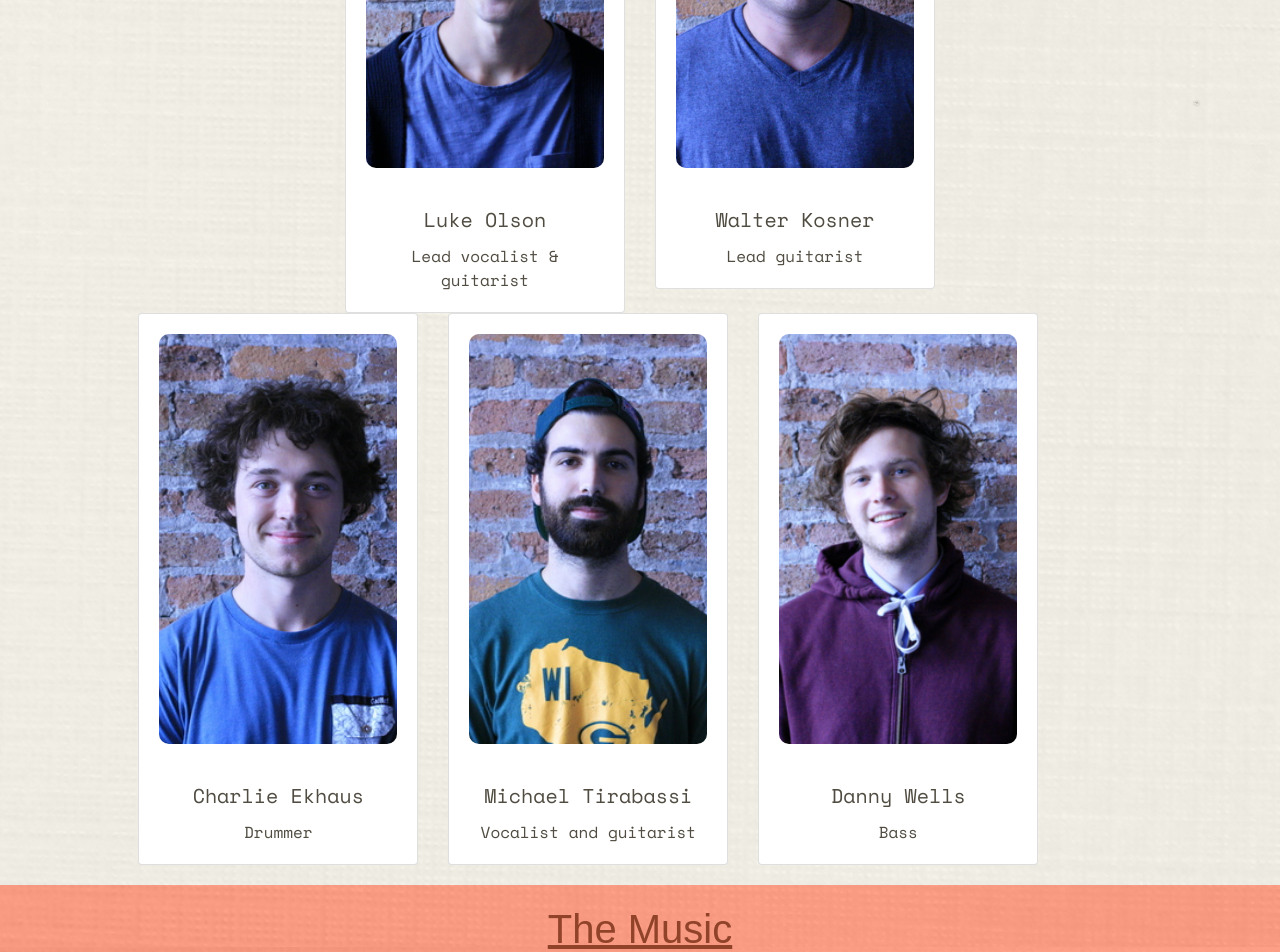
Repository: yucheng91/CIassignment1
Page: index.html
The author's editor kept a record of every edit. The page is drawn from the files as they stood at one moment, then again after the next edit.
The browser window is 1280 px wide. The pictures show the part of the page from y = 2053 to 3005 px (the page is 4234 px tall before and 4210 px after).
Pictures or frames that could not be fetched are drawn as grey boxes. Backgrounds fixed to the window are drawn as part of the page. Some web fonts or font styles are not loaded; a fallback is used.

Above is the page before.

### index.html
<!doctype html>
<html lang="en">

<head>
  <!-- Required meta tags -->
  <meta charset="utf-8">
  <meta name="viewport" content="width=device-width, initial-scale=1, shrink-to-fit=no">

  <!-- Bootstrap CSS -->
  <link rel="stylesheet" href="https://stackpath.bootstrapcdn.com/bootstrap/4.3.1/css/bootstrap.min.css" integrity="sha384-ggOyR0iXCbMQv3Xipma34MD+dH/1fQ784/j6cY/iJTQUOhcWr7x9JvoRxT2MZw1T" crossorigin="anonymous">
  <link rel="stylesheet" href="newstyle.css" type="text/css" />
  <link rel="stylesheet" href="https://maxcdn.bootstrapcdn.com/font-awesome/4.7.0/css/font-awesome.min.css" type="text/css" />
  <link href='https://fonts.googleapis.com/css?family=Allerta Stencil' rel='stylesheet'>
  <link href="https://fonts.googleapis.com/css?family=Space+Mono&display=swap" rel="stylesheet">
  <script src="https://code.jquery.com/jquery-3.4.1.js" integrity="sha256-WpOohJOqMqqyKL9FccASB9O0KwACQJpFTUBLTYOVvVU=" crossorigin="anonymous"></script>
  <title>The Walters</title>
</head>

<body>

  <header>
    <div class="container-fluid">
      <div class="row">
        <div class="col">
          <a name="Home" />
          <div class="vintage__container">
            <p class="vintage vintage__bot">THE WALTERS</p>
          </div>
        </div>
      </div>
      <div>
        <a href="https://www.facebook.com/TheWaltersband"><i class="fa fa-facebook-square fa-2x" aria-hidden="true"></i></a>
        <a href="https://twitter.com/TheWalters_"><i class="fa fa-twitter-square fa-2x" aria-hidden="true"></i></a>
        <a href="https://www.instagram.com/thewalters_/?hl=en"><i class="fa fa-instagram fa-2x" aria-hidden="true"></i></a>
        <a href="https://www.youtube.com/channel/UCm54E8Hlf_z1GIpVUChBTQA"><i class="fa fa-youtube-square fa-2x" aria-hidden="true"></i></a>
      </div>
    </div>
    </div>
    </br>
  </header>

  </section>
  <section id="thecarousel">
    <div id="carouselExampleControls" class="carousel slide" data-ride="carousel">
      <div class="carousel-inner">
        <div class="carousel-item active">
          <img class="d-block w-100" src="images/c1.jpg" alt="The Walters Group Photo 1">
        </div>
        <div class="carousel-item">
          <img class="d-block w-100" src="images/c2.jpg" alt="The Walters Group Photo 2">
        </div>
        <div class="carousel-item">
          <img class="d-block w-100" src="images/c3.jpg" alt="The Walters Group Photo 3">
        </div>
      </div>
      <a class="carousel-control-prev" href="#carouselExampleControls" role="button" data-slide="prev">
    <span class="carousel-control-prev-icon" aria-hidden="true"></span>
    <span class="sr-only">Previous</span>
  </a>
      <a class="carousel-control-next" href="#carouselExampleControls" role="button" data-slide="next">
    <span class="carousel-control-next-icon" aria-hidden="true"></span>
    <span class="sr-only">Next</span>
  </a>
    </div>
  </section>

  <section id="upcomingshow">
    <div>
      <h1>Upcoming Shows 2019</h1>
      <div class="text-content">
        <div class="container-fluid">
          <div class="row">
            <div class="col-12 col-md-3">
              <p>26-27 JUL</p>
            </div>
            <div class="col-12 col-md-6">
              <p>Hard Rock Hotel, Resort World Sentosa</p>
            </div>
            <div class="col-12 col-md-3 text-center">
              <a href="https://www.eventbrite.sg"><button type="button" class="btn btn-dark">RSVP</button></p></a>
            </div>
          </div>

          <div class="row">
            <div class="col-12 col-md-3">
              <p>30-31 AUG</p>
            </div>
            <div class="col-12 col-md-6">
              <p>Hard Rock Cafe, Orchard Singapore</p>
            </div>
            <div class="col-12 col-md-3 text-center">
              <a href="https://www.eventbrite.sg"><button type="button" class="btn btn-dark">RSVP</button></p></a>
            </div>
          </div>
          <div class="row">
            <div class="col-12 col-md-3">
              <p>27-28 SEP</p>
            </div>
            <div class="col-12 col-md-6">
              <p>Hard Rock Hotel, Resort World Sentosa</p>
            </div>
            <div class="col-12 col-md-3 text-center">
              <a href="https://www.eventbrite.sg"><button type="button" class="btn btn-dark">RSVP</button></p></a>
            </div>
          </div>
          <div class="row">
            <div class="col-12 col-md-3">
              <p>26-27 OCT</p>
            </div>
            <div class="col-12 col-md-6">
              <p>Hard Rock Cafe, Orchard Singapore</p>
            </div>
            <div class="col-12 col-md-3 text-center">
              <a href="https://www.eventbrite.sg"><button type="button" class="btn btn-dark">RSVP</button></p></a>
            </div>
          </div>
        </div>
      </div>
  </section>

  <section id="themembers">
    <div class="members">
      <a name="TheWalters" />
      <img src="images/groupphoto.jpeg" alt="The Walters">
      <h1>The Walters</h1>
      <div class="text-content">
        <p>The Walters were an unsigned five-piece indie rock band from Chicago, Illinois. As of 2017 they had released two albums and three singles and were touring the United States on their first national tour.</p>
        <p>The band formed in Chicago Illinois in 2014 after the band's guitarist and namesake Walter Kosner moved from Connecticut to Chicago in an attempt to attend DePaul University. After dropping out of the school, Kosner recruited the rest of the band
          members who eventually would form The Walters. That same year the band released their first recorded effort, Songs for Dads. The release saw the band charting on Spotify's United States Viral Top 50. This caught the attention of Mario Cuomo,singer
          of The Orwells, who brought the band's music to Canvasback Records. As part of the label's ongoing monthly singles series, Canvasclub, The Walters released two songs, entitled "Hunk Beach" and "I Want to Be Good".Their song "I Love You So" has
          earned over 11,000,000 views on YouTube since 2014. In a 2015 interview with Ben Niesdopziany from These Days[8] the band stated that the names of their EPs and singles are not always reflective of the music's content and were instead chosen
          for their humor or because the band liked the name. During 2015 the band also recorded their second full-length effort, Young Men, which was also an independently recorded and distributed release.</p>
        <div class="container-fluid">
          <div class="row">
            <div class="col-3"></div>
            <div class="col-12 col-md-3 card-padding">
              <div class="card">
                <img class="card-img-top" src="images/lukeolson.png" alt="Luke Olson Photo">
                <div class="card-body">
                  <h5 class="card-title">Luke Olson</h5>
                  <p class="card-text">Lead vocalist & guitarist</p>
                </div>
              </div>
            </div>
            <div class="col-12 col-md-3 card-padding">
              <div class="card">
                <img class="card-img-top" src="images/walterkosner.png" alt="Walter Kosner Photo">
                <div class="card-body">
                  <h5 class="card-title">Walter Kosner</h5>
                  <p class="card-text">Lead guitarist</p>
                </div>
              </div>
            </div>
            <div class="col-3"></div>
          </div>
          <div class="row">
            <div class="col-1"></div>
            <div class="col-12 col-md-3 card-padding">
              <div class="card">
                <img class="card-img-top" src="images/charlieekhaus.jpeg" alt="Charlie Ekhaus Photo">
                <div class="card-body">
                  <h5 class="card-title">Charlie Ekhaus</h5>
                  <p class="card-text">Drummer</p>
                </div>
              </div>
            </div>
            <div class="col-12 col-md-3 card-padding">
              <div class="card">
                <img class="card-img-top" src="images/mjtirabassi.jpeg" alt="Michael Tirabassi Photo">
                <div class="card-body">
                  <h5 class="card-title">Michael Tirabassi</h5>
                  <p class="card-text">Vocalist and guitarist</p>
                </div>
              </div>
            </div>
            <div class="col-12 col-md-3 card-padding">
              <div class="card">
                <img class="card-img-top" src="images/dannywells.png" alt="Danny Wells photo">
                <div class="card-body">
                  <h5 class="card-title">Danny Wells</h5>
                  <p class="card-text">Bass</p>
                </div>
              </div>
            </div>
            <div class="col-1"></div>
          </div>
        </div>
      </div>
    </div>
  </section>


  <section id="themusic">
    <div class="music">
      <a name="Music" />
      <h1>The Music</h1>
      <div class="container-fluid">
        <div class="row">
          <div class="col-2"></div>
          <div class="col-12 col-md-4">
            <iframe src="https://open.spotify.com/embed/album/3MFTbUnA8C9T6KCBb0gpH5" style="border: 0; width: 100%; height: 380px;" allowfullscreen allow="autoplay; encrypted-media"></iframe>
          </div>
          <div class="col-12 col-md-4">
            <iframe src="https://open.spotify.com/embed/album/5ADia0t4o7pA8dyi8jRA4E" style="border: 0; width: 100%; height: 380px;" allowfullscreen allow="autoplay; encrypted-media"></iframe>
          </div>
          <div class="col-2"></div>
        </div>
  </section>

  <section id="thevideo">
    <div class="video">
      <a name="Video" />
      <h1>The Video</h1>
      <div class="embed-responsive embed-responsive-16by9">
        <iframe class="embed-responsive-item" src="https://www.youtube.com/embed/5zfrnme2nJ4" allowfullscreen></iframe>
      </div>
    </div>
  </section>

  <footer>
    <ul class="nav justify-content-start">
      <li class="nav-item">
        <a class="nav-link active" href="#Home">Home</a>
      </li>
      <li class="nav-item">
        <a class="nav-link" href="#TheWalters">The Walters</a>
      </li>
      <li class="nav-item">
        <a class="nav-link" href="#Music">The Music</a>
      </li>
      <li class="nav-item">
        <a class="nav-link" href="#Video">The Video</a>
      </li>
    </ul>
    <!--<div class="navbar">-->
    <!--  <ul class="nav justify-content-start">-->
    <!--    <li class="nav-item">-->
    <!--      <a class="nav-link active" href="#Home">HOME</a>-->
    <!--    </li>-->
    <!--    <li class="nav-item">-->
    <!--      <a class="nav-link" href="#TheWalters">THE WALTERS</a>-->
    <!--    </li>-->
    <!--    <li class="nav-item">-->
    <!--      <a class="nav-link" href="#Music">MUSIC</a>-->
    <!--    </li>-->
    <!--    <li class="nav-item">-->
    <!--      <a class="nav-link" href="#Video">VIDEO</a>-->
    <!--    </li>-->
    <!--  </ul>-->
    <!--</div>-->
  </footer>

  <!-- Optional JavaScript -->
  <!-- jQuery first, then Popper.js, then Bootstrap JS -->
  <script type="text/javascript" src="jquery.js"></script>
  <script src="https://cdnjs.cloudflare.com/ajax/libs/popper.js/1.14.7/umd/popper.min.js" integrity="sha384-UO2eT0CpHqdSJQ6hJty5KVphtPhzWj9WO1clHTMGa3JDZwrnQq4sF86dIHNDz0W1" crossorigin="anonymous"></script>
  <script src="https://stackpath.bootstrapcdn.com/bootstrap/4.3.1/js/bootstrap.min.js" integrity="sha384-JjSmVgyd0p3pXB1rRibZUAYoIIy6OrQ6VrjIEaFf/nJGzIxFDsf4x0xIM+B07jRM" crossorigin="anonymous"></script>
</body>

</html>

### newstyle.css
/*vintage container for the walters header*/

.vintage__container {
  display: inline-block;
  margin: 25px auto 40px;
}

.vintage {
  font-family: 'Six Caps', sans-serif;
  font-size: 50px;
  letter-spacing: 10px;
  line-height: 1;
  margin: 0;
  position: relative;
}

.vintage__top {
    color:rgb(255, 228, 193);
    position: absolute;
}

.vintage__bot {
  text-shadow:
    0px 0px rgb(255, 228, 193),
    1px 1px rgb(255, 228, 193),
    2px 2px rgb(100, 20, 15),
    3px 3px rgb(105, 25, 20),
    4px 4px rgb(110, 30, 25),
    5px 5px rgb(115, 30, 30),
    6px 6px rgb(120, 30, 35),
    7px 7px black,
    8px 8px black,
    9px 9px black,
    10px 10px black,
    11px 11px rgba(0, 0, 0, 0.9),
    12px 12px rgba(0, 0, 0, 0.7),
    13px 13px rgba(0, 0, 0, 0.5),
    14px 14px rgba(0, 0, 0, 0.1);

}

/*Style for entire website*/

body {
    text-align:center;
    background:url("images/background2.jpg");
    background-attachment:fixed;
}

header {
    background-color:#f1ede2B3;
    color:rgb(80,76,65);
}

i {
    color:rgb(162,155,126);
}

/*img is only for carousel*/
img {
    height: 500px;
    width: 100%;
    object-fit: cover;
}

#upcomingshow{
    background-color:#8adad7B3;
    color:rgb(54,138,138);
}

.text-content {
    font-family: 'Space Mono', monospace;
}

#themembers{
    background-color:#f1ede2B3;
    color:rgb(80,76,65);
    padding:20px;
}

#themembers img{
    border-radius: 30px;
    height:450px;
    padding:20px;
}

#themusic{
    background-color:#ff7858B3;
    color:rgb(144,67,41);
    padding:20px;
}

#thevideo{
    background-color:#f1ede2B3;
    color:rgb(80,76,65);
    padding:20px;
    /*different padding for bottom*/
    padding-bottom:40px;
}

h1 {
    font-family: 'Allerta Stencil',sans-serif;
    text-decoration:underline;
}

footer {
    position: fixed;
    bottom: 0;
    width: 100%;
    padding:0;
    background-color:#f5cd6bF2;
}

footer a {
    color:rgb(158,110,2);
}

/*Font change to address the size change*/
@media (max-width: 767px) {
    body {
        font-size: 15px;
    }

    h1 {
        font-size: 27px;
    }

    h2 {
        font-size: 20px;
    }

    p {
        font-size: 15px;
    }

    navbar {
        font-size: 15px;
    }

}

@media (max-width:375px) {
    #thevideo {
        padding-bottom:76px;
    }
}

### jquery.js
/* global $ */

$("#thecarousel").hide();
$("#upcomingshow").hide();
$("#themembers").hide();
$("#themusic").hide();
$("#thevideo").hide();

$(function(){
    $("#thecarousel").fadeIn(2000);
    $("#upcomingshow").fadeIn(2500);
    $("#themembers").fadeIn(3000);
    $("#themusic").fadeIn(3500);
    $("#thevideo").fadeIn(4000);
})

After the next edit:
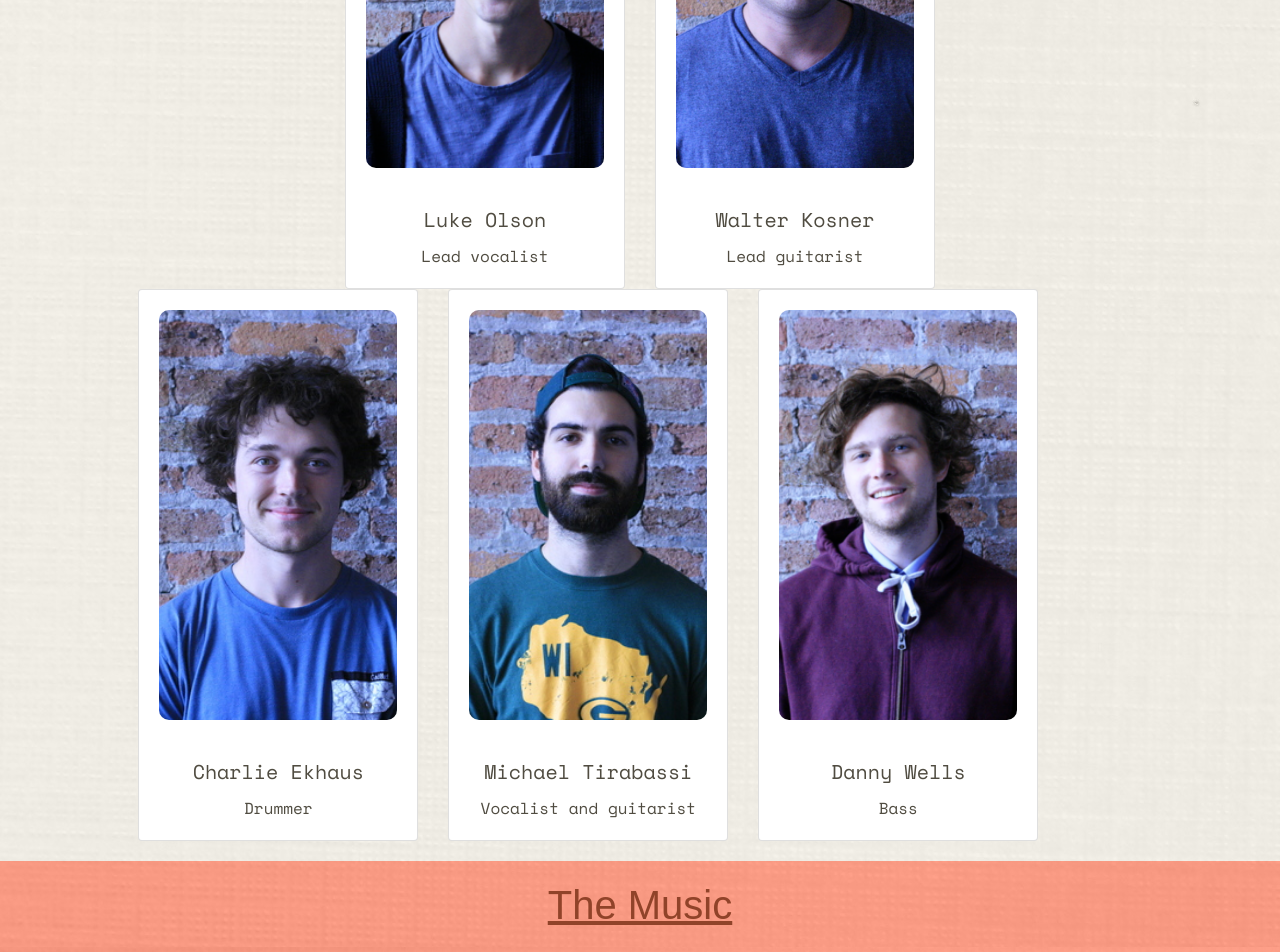
The edit:
--- a/index.html
+++ b/index.html
@@ -138,7 +138,7 @@
                 <img class="card-img-top" src="images/lukeolson.png" alt="Luke Olson Photo">
                 <div class="card-body">
                   <h5 class="card-title">Luke Olson</h5>
-                  <p class="card-text">Lead vocalist & guitarist</p>
+                  <p class="card-text">Lead vocalist</p>
                 </div>
               </div>
             </div>
